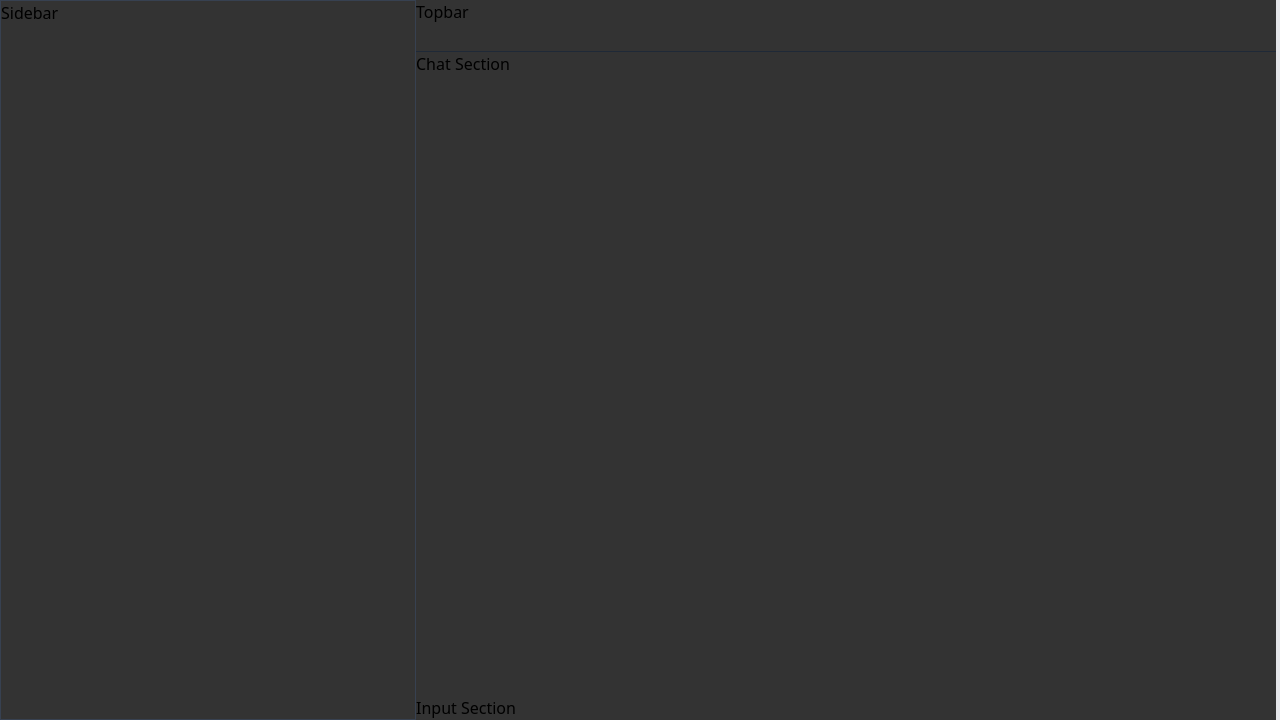
Repository: Qu4ntumGuy/telegram-clone
Page: /
These files come from the project's save history. The page is drawn as it stood at one moment and after the next save; the edit follows.
The browser window is 1280 px wide. The pictures show the whole page.
The project was rebuilt for these pictures with package versions that can differ from the ones it lists, and the page was loaded fresh each time. Also part of the build but not shown: src/Utils/ContextProvider.js.

Above is the page before, as saved 2024-07-15 11:06:53.

After the next save:
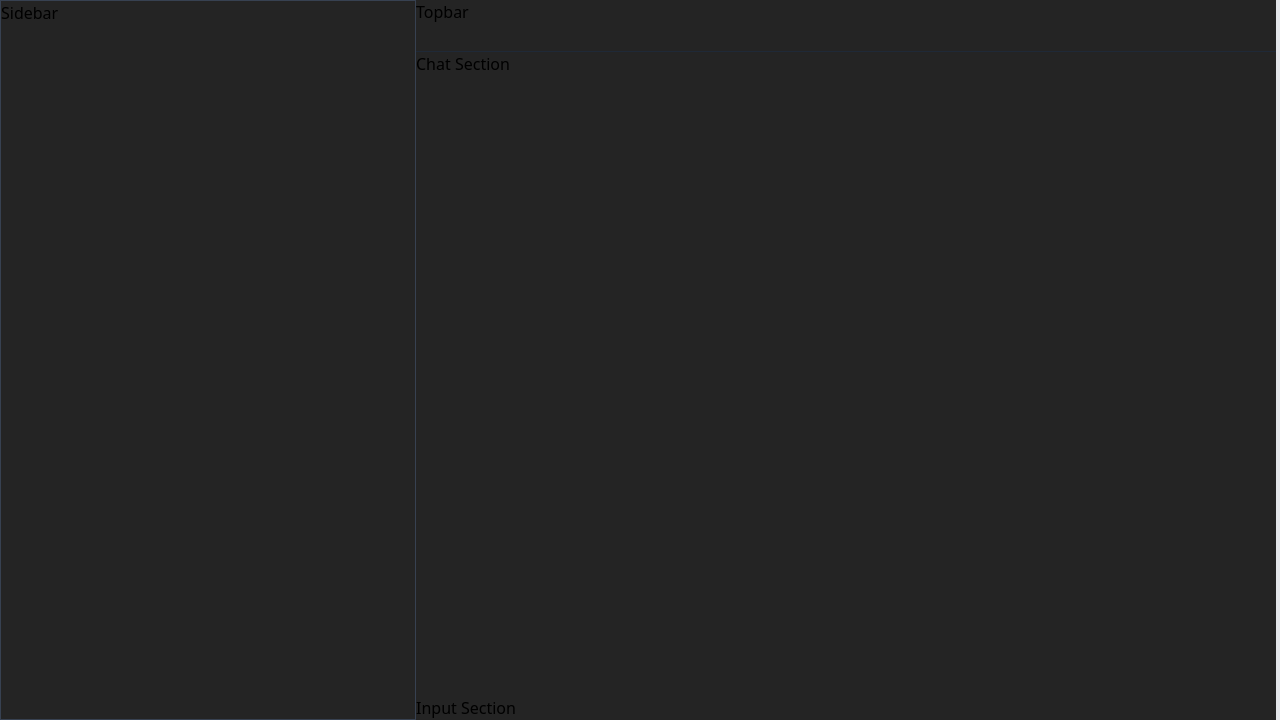
Saved 15 s later.
--- a/src/index.css
+++ b/src/index.css
@@ -3,5 +3,5 @@
 @tailwind utilities;
 
 :root {
-  @apply bg-[#333333];
+  @apply bg-[#242424];
 }
